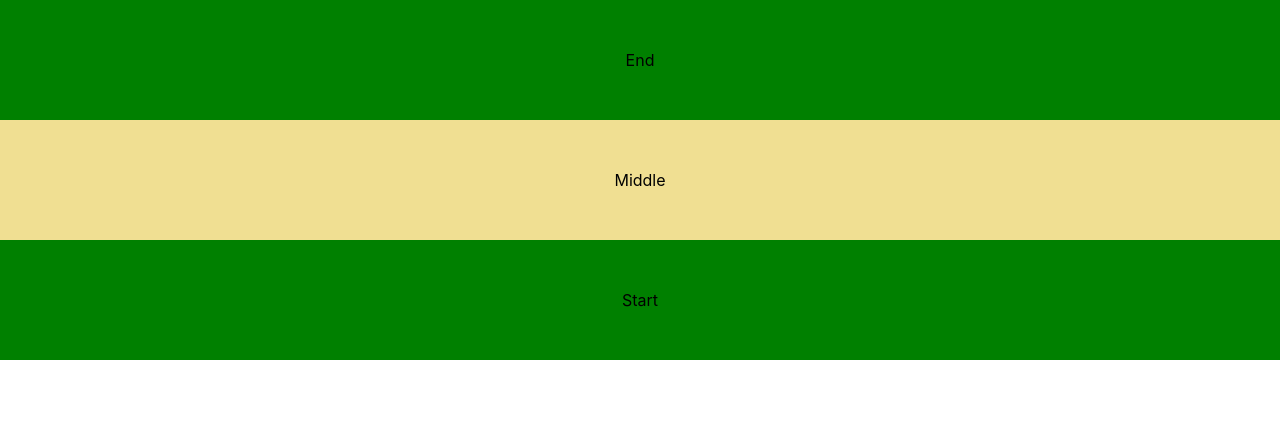
Repository: DerickT02/red-light-green-light
Page: /
An editor plug-in stored every save of this project. The page is shown before and after the next save, followed by the edit.
The browser window is 1280 px wide. The pictures show the whole page.
The project was rebuilt for these pictures with package versions that can differ from the ones it lists, and the page was loaded fresh each time.

Above is the page before, as saved 2021-11-12 08:19:21.

### src/App.js

import Field from "./Field";


function App() {
  return (
    <div className="App">
     <Field />
    </div>
  );
}

export default App;

### src/Field.js
import './Field.css'

export default function Field(){
    return(
        <div className = "Field">
            <div className = "End">End</div>
            <div className = "Middle">Middle</div>
            <div className = "Start">Start</div>
        </div>
    )
}

### src/Field.css
.Field {
    text-align: center;
    width: 100%
}

.Field .End{
    padding: 50px;
    background-color: green;

}

.Field .Middle{
    padding: 50px;
    background-color: rgba(240, 222, 140, 0.945);
    height: 120%

}

.Field .Start{
    padding: 50px;
    background-color: green;

}

Loaded but not shown: public/index.html (common file); src/index.js (common file); src/index.css (common file)

After the next save:
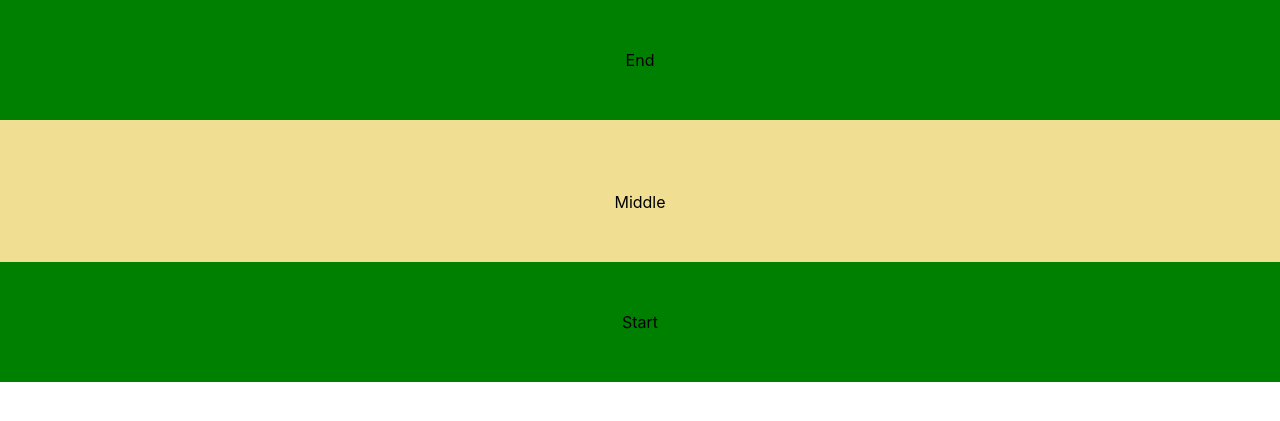
Saved 11 s later.
--- a/src/Field.css
+++ b/src/Field.css
@@ -12,7 +12,7 @@
 .Field .Middle{
     padding: 50px;
     background-color: rgba(240, 222, 140, 0.945);
-    height: 120%
+    padding-top: 10vmin;
 
 }
 
